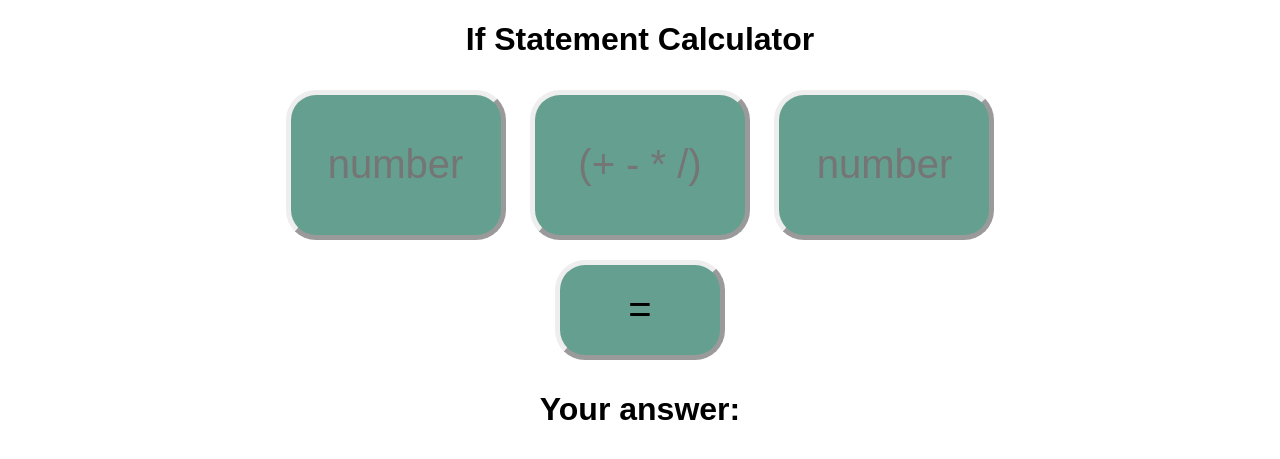
Repository: WesleyErasmus/threeInputCalculator
Page: html/if-calculator.html
These files come from the project's save history. The page is drawn as it stood at one moment and after the next save; the edit follows.
The browser window is 1280 px wide. The pictures show the whole page.

Above is the page before, as saved 2022-04-27 22:34:06.

### html/if-calculator.html
<!DOCTYPE html>
<html lang="en">
<head>
    <meta charset="UTF-8">
    <meta http-equiv="X-UA-Compatible" content="IE=edge">
    <meta name="viewport" content="width=device-width, initial-scale=1.0">
    <title>JS If Calculator</title>
    <link rel="stylesheet" href="/css/stylesheet.css">
    <script src="/js/if-calculator.js"></script>
</head>
<body>

<center>
    <form onsubmit="return false;">
        <h1>If Statement Calculator</h1>
         <input id="input1" type="text" name = "input1" placeholder="number"> <!-- input-1 -->
         <input id="input3" type="text" name = "input3" placeholder="(+ - * /)"> <!-- input-3 (operator) -->
         <input id="input2" type="text" name = "input2" placeholder="number"> <!-- input-2 -->
        <div>
         <button onclick="sum()">=</button>
        </div>
         <h1>Your answer:</h1>
         <p id="output"></p>
    </form>
</center>
</body>
</html>

### css/stylesheet.css
body {
font-family: sans-serif;
}
form {
display: block;
margin: 0 auto;
}
input {
    background-color: #659f8f;
    width: 170px;
    height: 100px;
    padding: 20px;
    margin: 10px;
    text-align: center;
    font-size: 40px;
    border-radius: 30px;
    border: 5px outset;
}
button {
    background-color: #659f8f;
    width: 170px;
    height: 100px;
    padding: 0;
    margin: 10px;
    font-size: 40px;
    border-radius: 30px;
    border: 5px outset;
}
p {
    text-align: center;
    margin: 10px;
    padding: 20px;
    font-size: 75px;
    border-radius: 10px;
}

### js/if-calculator.js
function sum() {
const num1 = document.getElementById("input1").value;
const num2 = document.getElementById("input2").value;
const operator = document.getElementById("input3").value;
const output = document.getElementById("output").value;
  let answer;
  document.getElementById("output").value;
  if (operator == '+') {
    answer = +num1 + +num2;
    document.getElementById("output").innerHTML = answer;
  } else if (operator == '-') {
    answer = num1 - num2;
    document.getElementById("output").innerHTML = answer;
  } else if (operator == '*') {
    answer = num1 * num2;
    document.getElementById("output").innerHTML = answer;
  } else {
    answer = num1 / num2;
    document.getElementById("output").innerHTML = answer;
  }console.log(answer);
}

After the next save:
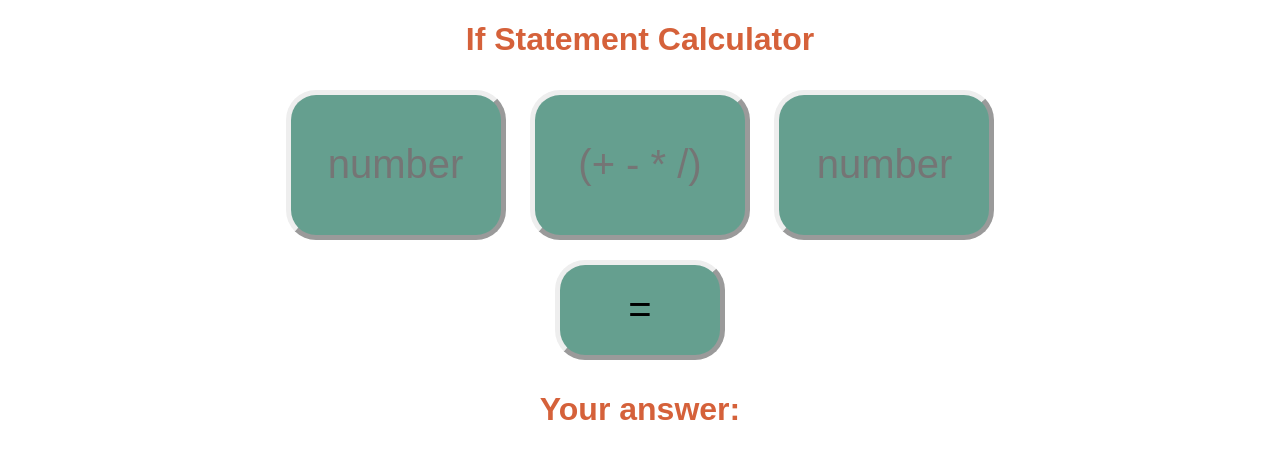
Saved 41 s later.
--- a/css/stylesheet.css
+++ b/css/stylesheet.css
@@ -1,5 +1,8 @@
 body {
 font-family: sans-serif;
+}
+h1 {
+    color: #d5613a;
 }
 form {
 display: block;
